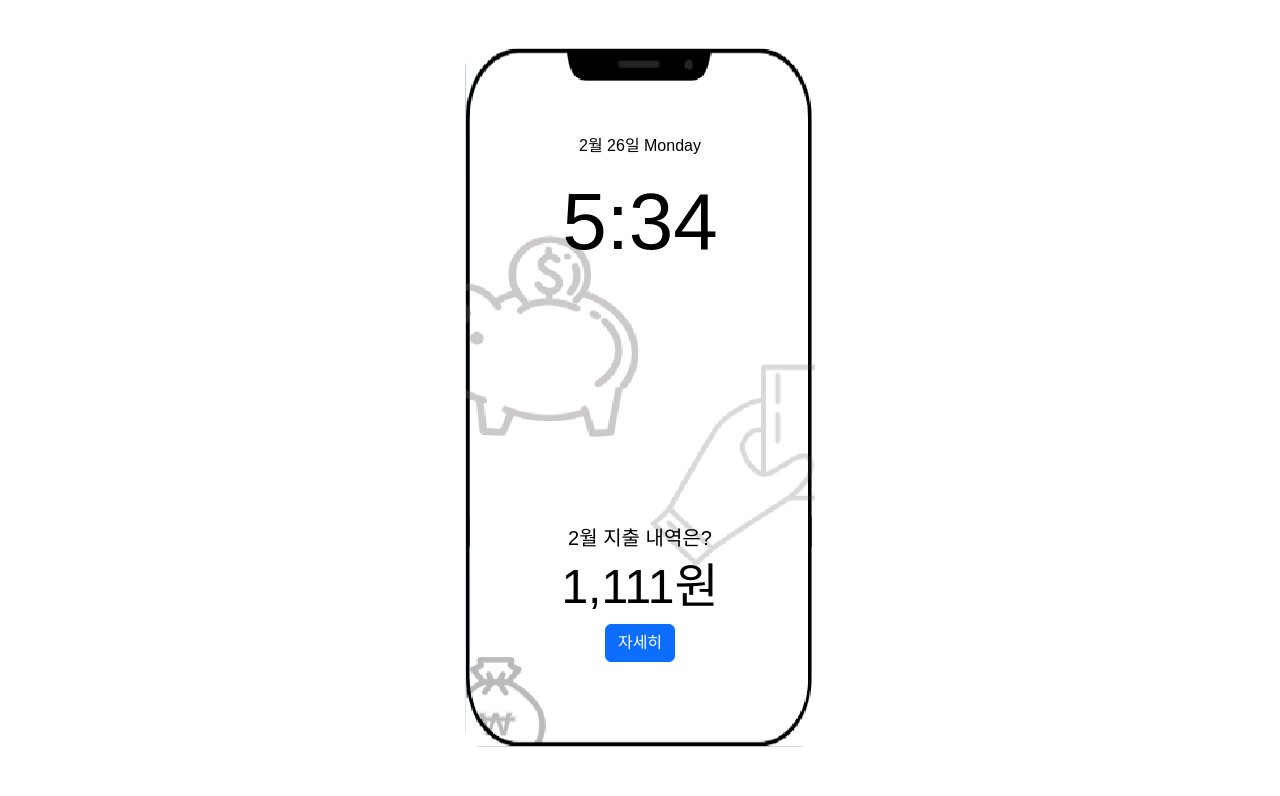
Repository: kimSummerrain/KairosHackathon
Page: venvs/karios/templates/startscreen.html
An editor plug-in stored every save of this project. The page is shown before and after the next save, followed by the edit.
The browser window is 1280 px wide. The pictures show the whole page.

Above is the page before, as saved 2024-02-26 18:28:34.
Console error: TypeError: Cannot set properties of null (setting 'innerHTML')

After the next save:
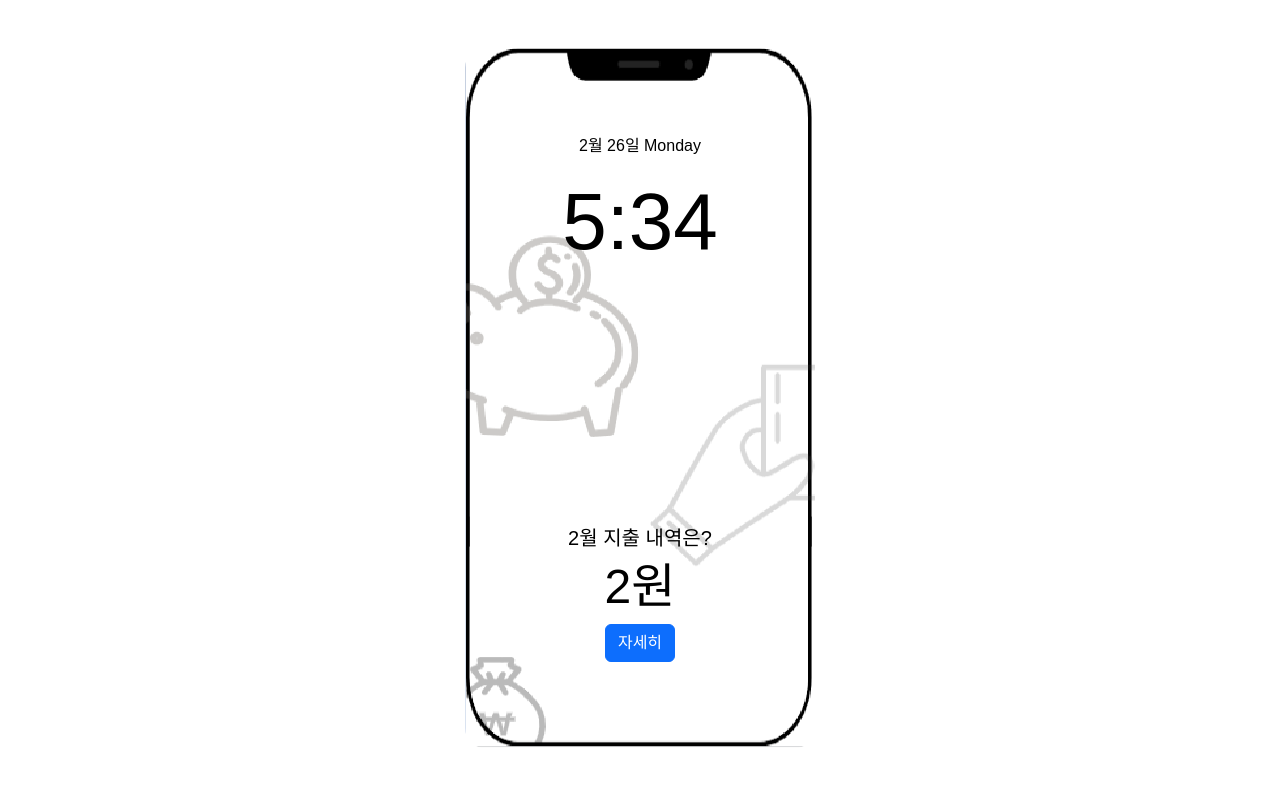
The error is gone.
Saved 29 s later.
--- a/venvs/karios/templates/startscreen.html
+++ b/venvs/karios/templates/startscreen.html
@@ -22,7 +22,7 @@
                 <h1 id="time"></h1>
                 <h1 class="margin-top"></h1>
                 <h5 id="month"></h5>
-                <h2>1,111원</h2>
+                <h2 id="amount"></h2>
                 <a class="btn btn-primary" href="/detail">자세히</a>
             </div>
         </div>
